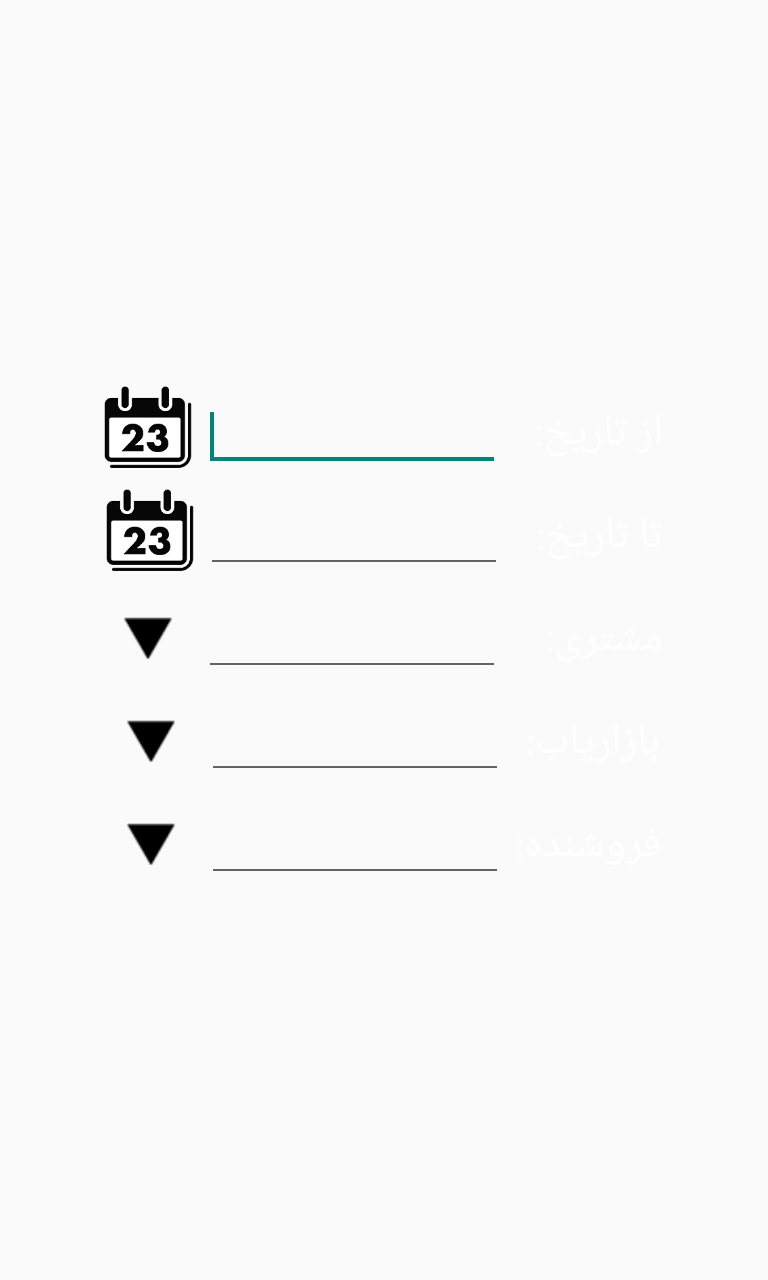
Repository: AtiehPardaz/Reports-Mobile
Layout: Reportsmobile/res/layout/frg_forosh_faktor.xml
The author's editor kept a copy of each file at every save. The layout is drawn from the files as they stood at one save, then again after the next save.
It is drawn on a 768 x 1280 px phone screen (xhdpi) without system bars, with theme AppTheme; the app's code is not run.

Above is the layout before, as saved 2015-03-09 13:55:33.

After the next save:
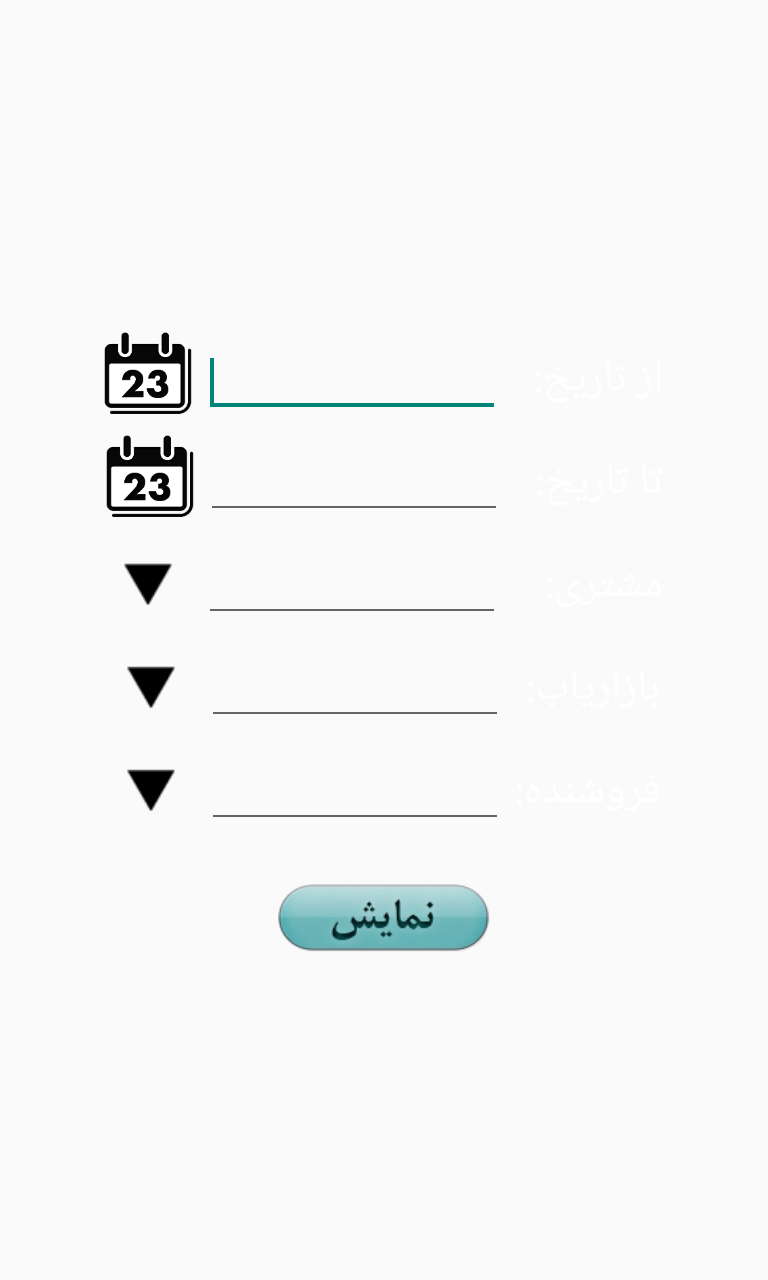
Saved 40 s later.
--- a/Reportsmobile/res/layout/frg_forosh_faktor.xml
+++ b/Reportsmobile/res/layout/frg_forosh_faktor.xml
@@ -162,5 +162,11 @@
                 android:textColor="#ffffff" />
 
         </LinearLayout>
-
+<ImageButton
+            android:id="@+id/imgbtn_namayesh__faktor_forosh"
+            android:layout_width="wrap_content"
+            android:layout_height="wrap_content"
+            android:layout_marginTop="20dp"
+            android:background="@drawable/btnnamayesh"
+            android:src="@drawable/btn_click" />
     </LinearLayout>
